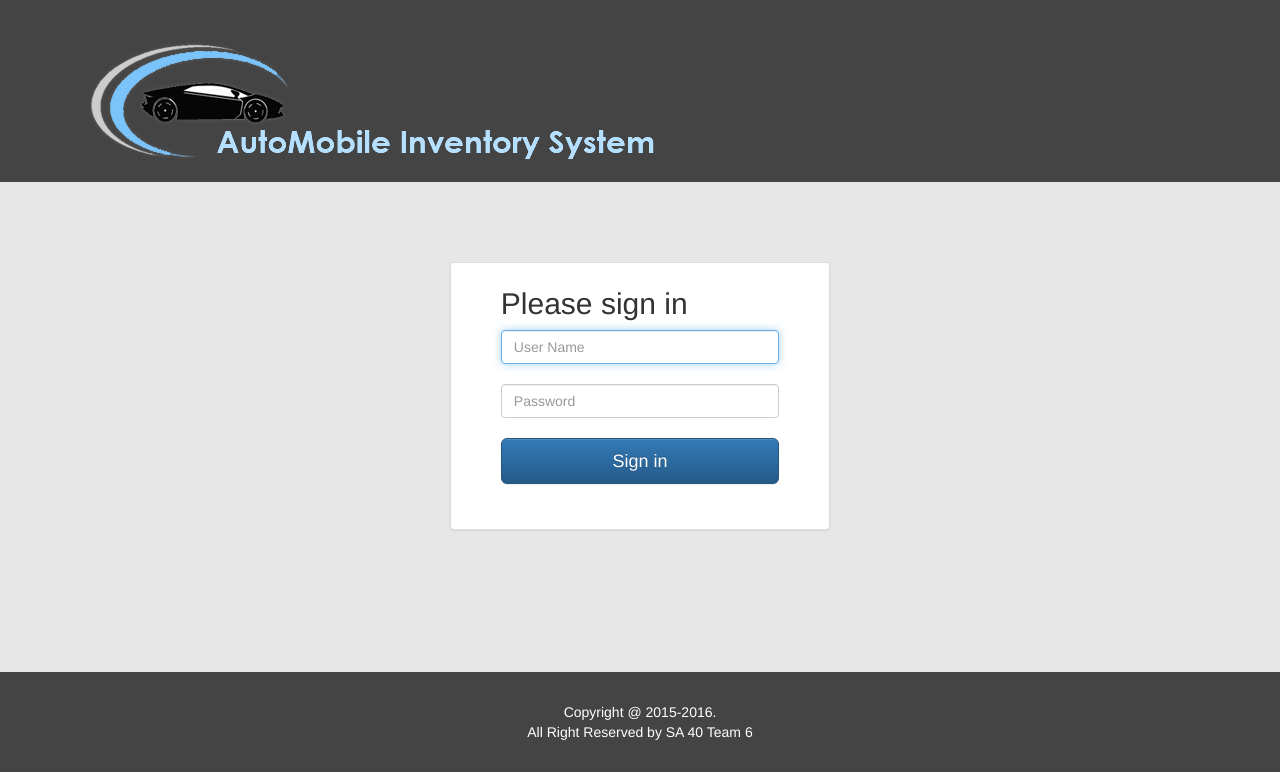
Repository: JiorMajor/InventorySystemWorkspace
Page: http://localhost/InventoryWebSA40Team6/
The author's editor kept a copy of each file at every save. The page is drawn from the files as they stood at one save, then again after the next save.
The browser window is 1280 px wide. The pictures show the whole page.
The page is served by Tomcat 9. Other server files are loaded and not shown. The template is opened directly, without the code that normally fills it, so the values that code supplies are empty.

Above is the page before, as saved 2015-06-12 18:06:16.

### InventoryWebSA40Team6/WebContent/index.jsp
<?xml version="1.0" encoding="UTF-8" ?>
<%@ taglib uri="http://www.opensymphony.com/sitemesh/decorator"
	prefix="decorator"%>
<%@ taglib prefix="c" uri="http://java.sun.com/jsp/jstl/core"%>
<html xmlns="http://www.w3.org/1999/xhtml">
<head>

<meta charset="utf-8">
<meta http-equiv="X-UA-Compatible" content="IE=edge">
<meta name="viewport" content="width=device-width, initial-scale=1">
<title>SitemeshDemo</title>
<!-- Bootstrap -->
<link href="bootstrap/css/bootstrap.min.css" type="text/css" rel="stylesheet" />
<link href="bootstrap/css/bootstrap-theme.min.css" type="text/css" rel="stylesheet" />
<link href="bootstrap/css/style.css" type="text/css" rel="stylesheet" />
<script type="text/javascript" src="bootstrap/js/jquery-1.11.3.min.js"></script>
<script type="text/javascript" src="bootstrap/js/bootstrap.min.js"></script>
<script type="text/javascript" src="bootstrap/js/modal.js"></script>
</head>
<body>
	<div class="header">
		<div class="container">
			<div class="row ">
				<div class="col-lg-12">
					<a href="#"><img src='images/3.png'></a>
				</div>
			</div>
		</div>
	</div><!-- End header -->

	<div class="container" style="height:490px">
	<div class="row">
	<div class="col-md-12 col-sm-12 col-xs-12" >
	<br><br><br><br>
	</div>
	</div>
	  <div class="row">
	  <div class="container">
	  <div class="col-md-4 col-sm-4 col-xs-4"></div>
	  <div class="col-md-4 col-sm-4 col-xs-4 thumbnail dropshadow">
	  <div class="col-md-1"></div>
	  <div class="col-md-10">
      <form class="form-signin" action="/InventoryWebSA40Team6/ValidateLogin" method=post>
        <h2 class="form-signin-heading">Please sign in</h2>
		<c:if test="${flag==\"false\"}">
			<h4 style="color:red">Invalid Login! Please try again.</h4>
		</c:if>
        <label for="inputEmail" class="sr-only">Email address</label>
        <input type="text" id="inputEmail" class="form-control" placeholder="User Name" name="name" required autofocus>
        <br>
        <label for="inputPassword" class="sr-only">Password</label>
        <input type="password" id="inputPassword" class="form-control" placeholder="Password" name="password" required>
        <br>
        <button class="btn btn-lg btn-primary btn-block" type="submit">Sign in</button>
        <br><br>
      </form>
      </div>
      <div class="col-md-1"></div>

      <div class="col-md-4"></div>
      </div>
      </div>
      </div>
    </div> <!-- /container -->

		<div class="footer">
	<div class="container">
			<div class="row">
				<div class="col-lg-12">
					<center><p>Copyright @ 2015-2016.<br>All Right Reserved by SA 40 Team 6</p></center>
				</div>
			</div>
		</div>

	</div>
</body>
</html>

### InventoryWebSA40Team6/WebContent/bootstrap/css/style.css
@CHARSET "UTF-8";
*{
	margin:0 auto;
	padding:0 auto;
}
body{
	background:#e7e7e7;
}

.header{
	padding:30px 0 ;
	border:1px solid #ccc;
    padding: 10px 0;
    width: 100%;
    background:#444;
    border:0;
    margin:0;

}
.header img{border:0;}
.menu{
	background: #ccc;
	box-shadow:2px -1px 13px #333;

}
.footer{
	background:#444;
	padding:30px 0;
	width:100%;
	height:100px;
}
p{
	color:#fff;
}
img{
	border:1px solid #ccc;
}
.main{
	padding-top:30px;
	padding-bottom:30px;
}
.main p{
	color:#333;
}
.navbar-default{
	color:none;
	border:none;
	box-shadow:none;
}
.navbar{margin-bottom:0;}
.navbar-header{
	background:none;
	color:#fff;
}
a.navbar-brand{
	color:none;
	padding-left:0;
	padding-right: 70px;
}
.navbar-default{
	background:none;
	padding:0;
}
.navbar-default .navbar-brand{color:#444;}

h1{padding-bottom:30px;}*/

select{
	width:100%;
	padding-top:10px;
	padding-bottom:4px;

}
/*
table{
	width:100%;

}

table tr td{
	border:1px solid #ccc;
	padding:5px;
	text-algin:center;

}
table form input{
	width:50%;
}
table tr td input{
	margin:5px;

}

table tr.title{
	font-weight: bold;
	font-size:16px;

}*/

.button{
	margin-top:20px;
	float:right;
}
hr{border-color:rgb(204,204,204);}

.imp{
	color:red;
	font-weight: bold;
	font-size:16px;
}
h4.success{
	color:green;
	background:#f0f0f0;
	border:1px solid #ccc;
	padding:10px;
	margin:0 0 35px;
}

.navbar-default .navbar-nav > li > a{
	color: #333;
    font-size: 15px;

}

.navbar-default .navbar-nav > li > a:focus, .navbar-default .navbar-nav > li > a:hover{
	background: rgb(231,231,231);
}
.dropdown-menu{
	padding-top:0;

}
.dropdown-menu .divider{
	margin:0 0;
	border-bottom: 1px dashed;
	background-color: #ccc;
    height: 0;
}
.dropdown-menu > li > a{
	padding-top:10px;
	padding-bottom:10px;
	color:#ccc;
}
.dropdown-menu{
	background-color: #595959;
	opacity:0.4%;
}
.alert-danger{
	float:left;
	margin-bottom:20px;
	width:100%;
}

.cus{
	margin:20px 0;
}
.navbar-nav .open .dropdown-menu{
	background-color: #ccc;
}
#bs-example-navbar-collapse-1 > ul> li>ul .navbar-nav .open .dropdown-menu {
	background: #ccc;
}

#bs-example-navbar-collapse-1 > ul > li > ul.dropdown-menu{
	background-color:#595959;
	opacity:0.4%;
}
#bs-example-navbar-collapse-1 > ul > li > ul > li> a{
	color:#ccc;
}
#bs-example-navbar-collapse-1 > ul > li > ul > li> a:hover{
	background: rgb(231,231,231);
	color:#333;
}

### InventoryWebSA40Team6/WebContent/bootstrap/js/modal.js
/**
 *
 */
$('#myModal').on('shown.bs.modal', function () {
  $('#myInput').focus()
})

Loaded but not shown: InventoryWebSA40Team6/WebContent/bootstrap/css/bootstrap.min.css (library); InventoryWebSA40Team6/WebContent/bootstrap/css/bootstrap-theme.min.css (library); InventoryWebSA40Team6/WebContent/bootstrap/js/jquery-1.11.3.min.js (library); InventoryWebSA40Team6/WebContent/bootstrap/js/bootstrap.min.js (library)

After the next save:
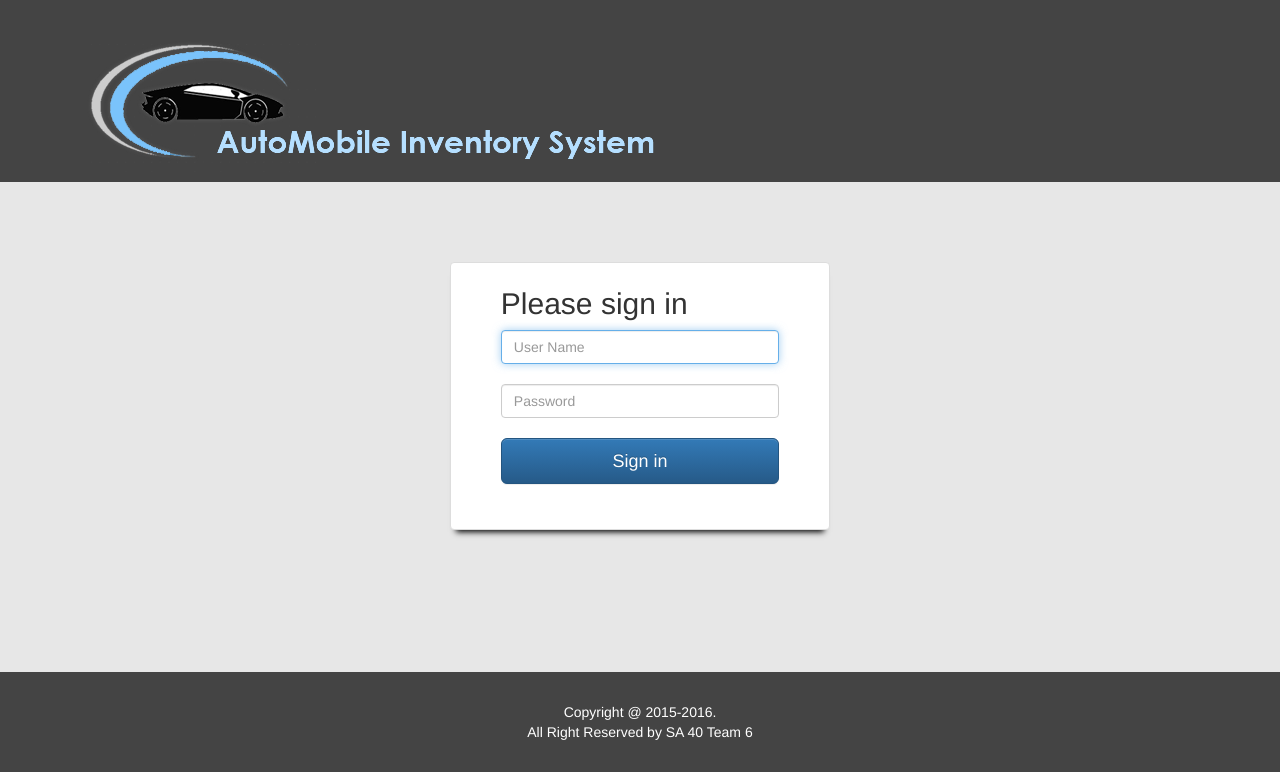
Saved 63 s later.
--- a/InventoryWebSA40Team6/WebContent/index.jsp
+++ b/InventoryWebSA40Team6/WebContent/index.jsp
@@ -37,7 +37,10 @@
 	  <div class="row">
 	  <div class="container">
 	  <div class="col-md-4 col-sm-4 col-xs-4"></div>
-	  <div class="col-md-4 col-sm-4 col-xs-4 thumbnail dropshadow">
+	  <div class="col-md-4 col-sm-4 col-xs-4 thumbnail"
+	  style="-webkit-box-shadow: 0 8px 6px -6px black;
+			 -moz-box-shadow: 0 8px 6px -6px black;
+			  box-shadow: 0 8px 6px -6px black;">
 	  <div class="col-md-1"></div>
 	  <div class="col-md-10">
       <form class="form-signin" action="/InventoryWebSA40Team6/ValidateLogin" method=post>
